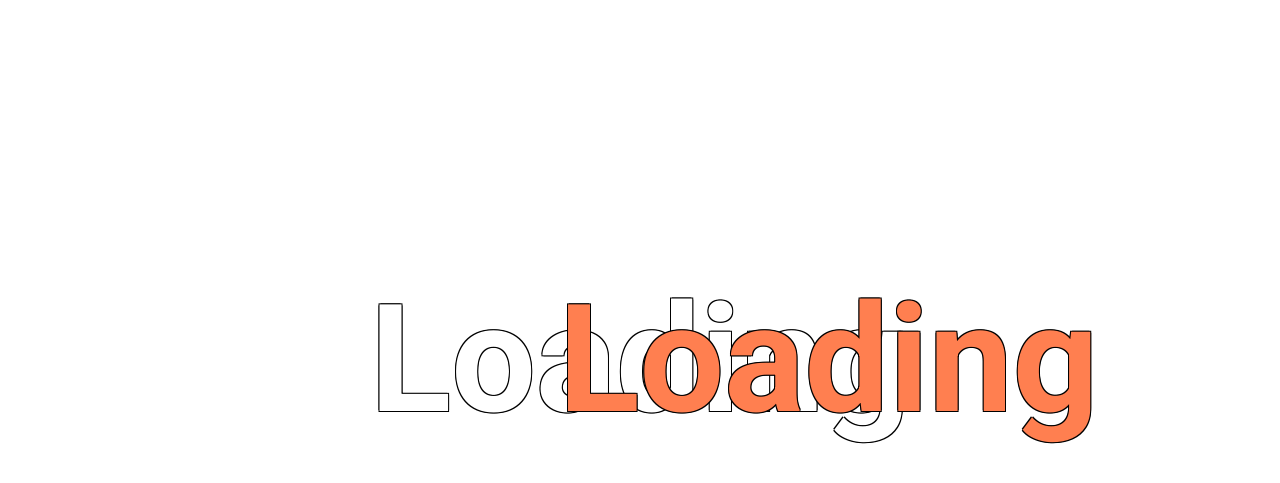
Repository: safak/animation
Page: index-4.html
These files come from the project's save history. The page is drawn as it stood at one moment and after the next save; the edit follows.
The browser window is 1280 px wide. The pictures show the whole page.

Above is the page before, as saved 2020-12-17 00:36:43.

After the next save:
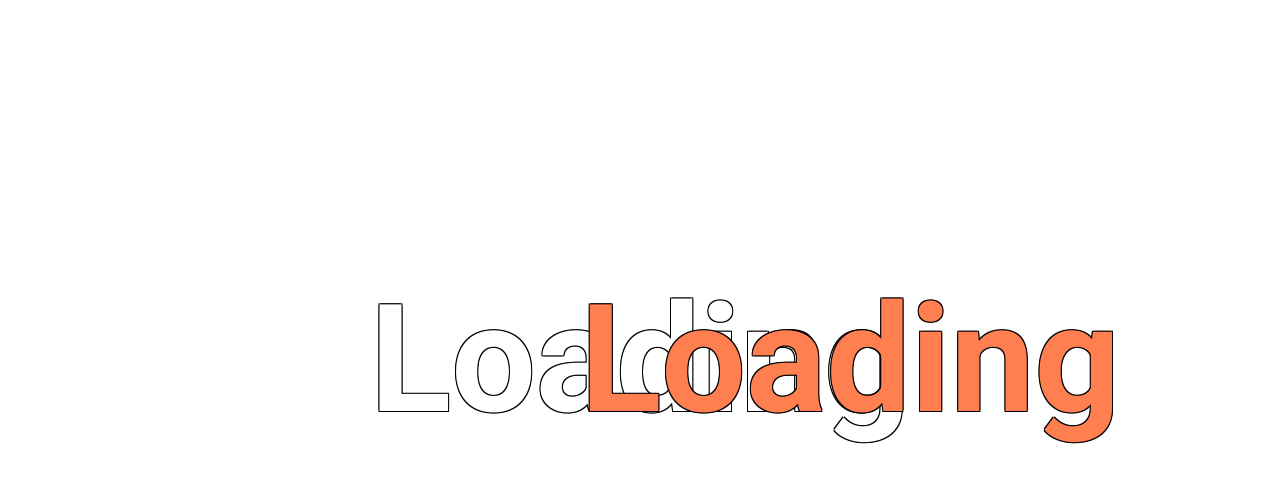
Saved 10 s later.
--- a/style.css
+++ b/style.css
@@ -159,13 +159,13 @@ h1 {
 h1::before {
   content: "Loading";
   color: coral;
-  width: 3pc;
+  width: 0;
   /* overflow: hidden; */
   position: absolute;
   animation: move 4s ease-in infinite;
 }
 
-@keyframes move{
+@keyframes move {
   100% {
     width: 100%;
   }
